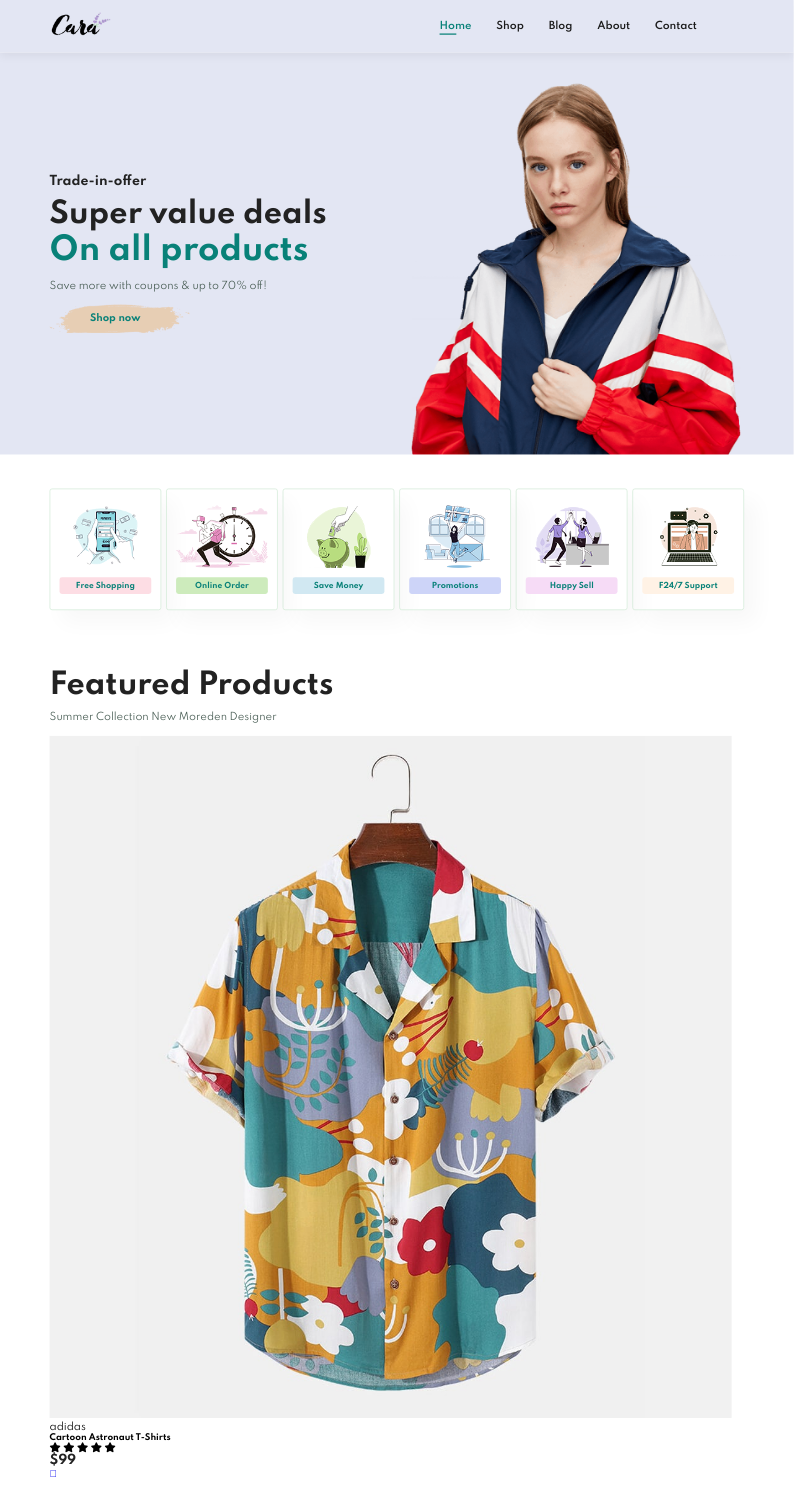
Repository: MinhNhatIT2901/Ecommerce
Page: index.html
These files come from the project's save history. The page is drawn as it stood at one moment and after the next save; the edit follows.
The browser window is 1280 px wide. The pictures show the whole page, at 62% of full size.
Some web libraries are served in a nearby version.

Above is the page before, as saved 2022-01-07 23:49:04.

After the next save:
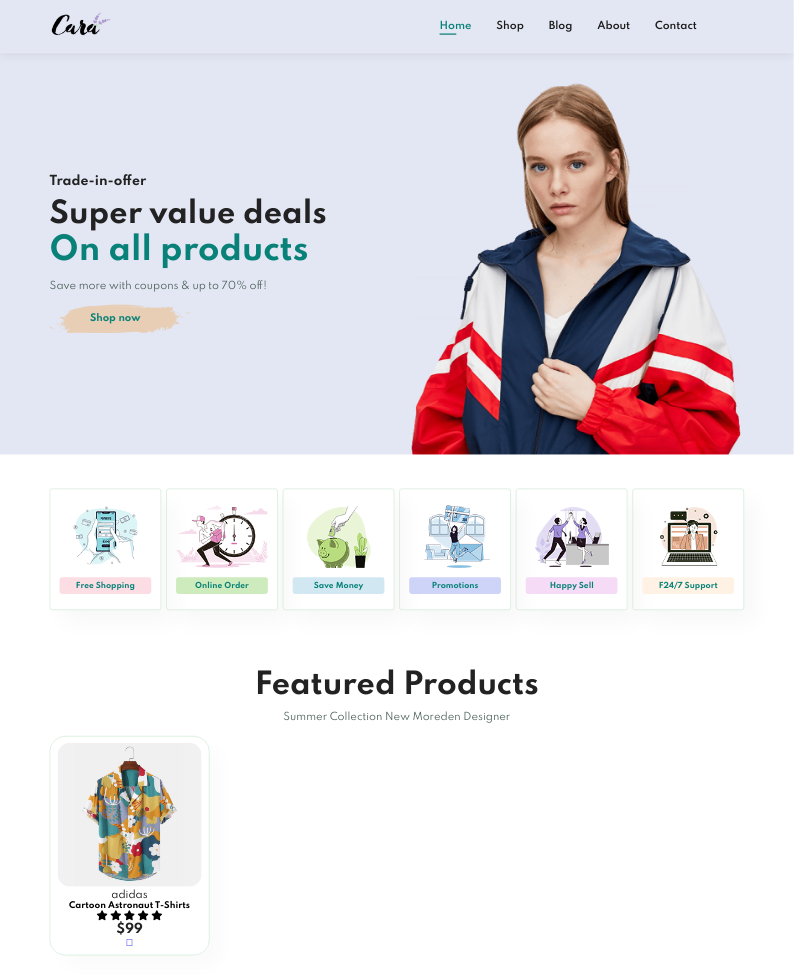
Saved 3 min 20 s later.
--- a/style.css
+++ b/style.css
@@ -186,3 +186,22 @@ body {
 #feature .fe-box:nth-child(6) h6 {
   background-color: #fff2e5;
 }
+
+#product1 {
+  text-align: center;
+}
+
+#product1 .pro {
+  width: 23%;
+  min-width: 250px;
+  padding: 10px 12px;
+  border: 1px solid #cce7d0;
+  border-radius: 25px;
+  cursor: pointer;
+  box-shadow: 20px 20px 30px rgba(0, 0, 0, 0.02);
+}
+
+#product1 .pro img {
+  width: 100%;
+  border-radius: 20px;
+}
